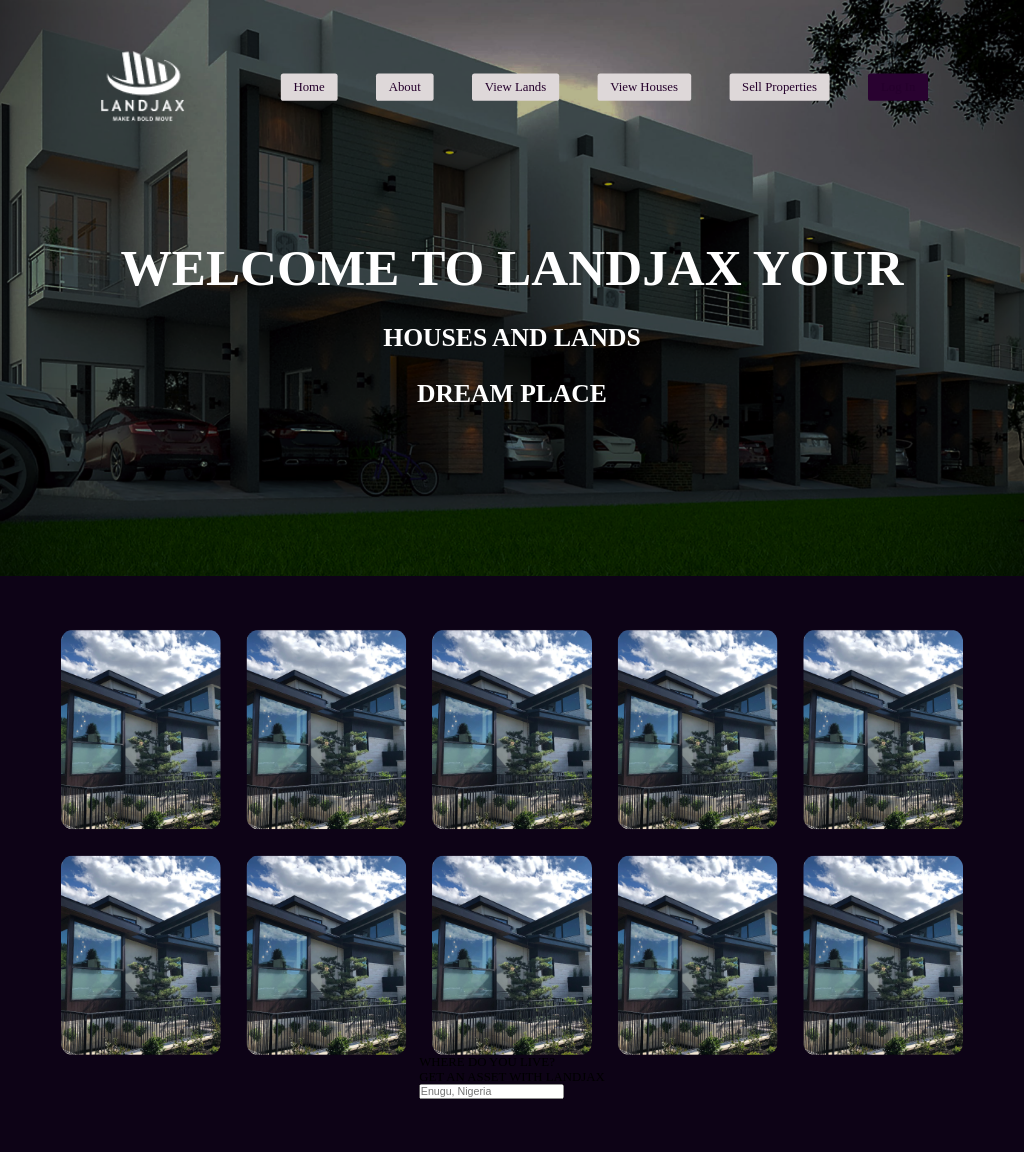
Repository: NorVirae/landjax-frontend
Page: /
An editor plug-in stored every save of this project. The page is shown before and after the next save, followed by the edit.
The browser window is 1280 px wide. The pictures show the whole page, at 80% of full size.
The project was rebuilt for these pictures with package versions that can differ from the ones it lists, and the page was loaded fresh each time. The framework's server and built-in components were replaced by stand-ins that run in the browser. Also part of the build but not shown: next.config.js.

Above is the page before, as saved 2022-07-02 16:11:22.

### pages/_app.tsx
import '../src/styles/Landing.css'
import '../src/styles/Global.css'


import type { AppProps } from 'next/app'

function MyApp({ Component, pageProps }: AppProps) {
  return <Component {...pageProps} />
}

export default MyApp

### pages/index.tsx
import type { NextPage } from 'next'
import Head from 'next/head'
import Image from 'next/image'
import Navbar from '../src/components/Navbar'
import HouseImg from '../src/assets/24.png'

const Home = () => {
  return (
    <div>
      <Head>
        <title>Land Jax</title>
        <meta name="description" content="Generated by create next app" />
        <link rel="icon" href="/favicon.ico" />
      </Head>


      <main>
        <section className='carousel__container'>
          <Navbar />

          <div className='carousel__welcome-screen'>
            <h2 className='carousel__welcome-text'>WELCOME TO LANDJAX YOUR</h2>
            <h3 className='carousel__house-lands'>HOUSES AND LANDS</h3>
            <h4 className='carousel__dream-place'>DREAM PLACE</h4>

          </div>

        </section>

        <section className='house__preview'>

          <div className='house__preview-inner'>
            <Image src={HouseImg} height={"250rem"} objectFit={"cover"} width="200rem" className='house__image-preview'/>
            <Image src={HouseImg} height={"250rem"} objectFit={"cover"} width="200rem" className='house__image-preview'/>
            <Image src={HouseImg} height={"250rem"} objectFit={"cover"} width="200rem" className='house__image-preview'/>
            <Image src={HouseImg} height={"250rem"} objectFit={"cover"} width="200rem" className='house__image-preview'/>
            <Image src={HouseImg} height={"250rem"} objectFit={"cover"} width="200rem" className='house__image-preview'/>
            <Image src={HouseImg} height={"250rem"} objectFit={"cover"} width="200rem" className='house__image-preview'/>
            <Image src={HouseImg} height={"250rem"} objectFit={"cover"} width="200rem" className='house__image-preview'/>
            <Image src={HouseImg} height={"250rem"} objectFit={"cover"} width="200rem" className='house__image-preview'/>
            <Image src={HouseImg} height={"250rem"} objectFit={"cover"} width="200rem" className='house__image-preview'/>
            <Image src={HouseImg} height={"250rem"} objectFit={"cover"} width="200rem" className='house__image-preview'/>

          </div>

          <section>
            <p> WHERE DO YOU LIVE?</p>
            <p> GET AN ASSET WITH <span>LANDJAX</span></p>

            <div>
              <label></label>
              <input placeholder='Enugu, Nigeria' />
            </div>

          </section>

        </section>


      </main>

      <footer>

      </footer>
    </div>
  )
}

export default Home

### src/styles/Landing.css
.carousel__container{
    background-repeat: no-repeat;
    background-image: url('../assets/1.png');
    background-size: cover;
    height: 100vh;
    width: 100vw;
}
.navbar{
    display: flex;
    justify-content: space-around;
    padding: 4rem;
    align-items: center;
}


.navbar .nav {
    display: flex;
    text-decoration: none;
    list-style: none;
    gap: 3rem;
}

.navbar .nav a{

}

.navbar__nav-link{
    /* padding: 3rem 2rem; */
    color: #25012C;
}

.navbar__nav-item{
    background-color: #DED8D9;
    color: #25012C;
    padding: .5rem 1rem;
    border-radius: .2rem;

}

.sign-in{
    background-color: #290230;
    color: #DFDDDF!important;

}

.carousel__welcome-screen{
    padding: 5rem 3rem;
    color: white;
    display: flex;
    justify-content: center;
    align-items: center;
    flex-direction: column;
    gap: 2rem;
}


.carousel__welcome-text{
    font-size: 4rem;
}
.carousel__house-lands{
    font-size: 2rem;
}
.carousel__dream-place{
    font-size: 2rem;
}


.house__preview{
    height: 100vh;
    width: 100vw;
    display: flex;
    justify-content: center;
    align-items: center;
    display: flex;
    flex-direction: column;
    background-color: #0D0316;
    position: relative;

}

.house__preview-inner{
    display: grid;
    gap: 2rem;
    grid-template-columns: repeat(5, 1fr);

}

.house__preview-overlay{
    background-color: #0000007e;
    height: 100vh;
    width: 100vw;
    position: absolute;
    left: 0%;
    top: 0%;
    z-index: 2;
}

.house__image-preview{
    border-radius: 1rem;
}

.house__intro {
    display: flex;
    justify-content: center;
    align-items: center;
    flex-direction: column;
    gap: 2rem;
    position: absolute;
    color: white;
    z-index: 3;
}

.house__live{
    font-size: 3rem;
}

.house__asset{
    font-size: 1.2rem;
}

.house__land-annouce{
    font-weight: 900;
    font-size: 1.3rem;
}

.house__form-group{
    background-color: white;
    border: 1rem;
    padding: 1.5rem;
    border-radius: 3rem;
    display: flex;
    flex-direction: column;
    gap: 1rem;
    width: 100%;
}

.house__form-label{
    color: black;
}

.house__form-control{
    border: none;
}

.house__form-control:focus{
    outline: none;
}

.house__btn-ecom-container{
    display: flex;
    gap: 2rem;
}

.house__btn-buy-prop{
    padding: 1rem 1.5rem;
    border-radius: 1rem;
    color: #470C76;

}

.house__btn-sell-prop{
    padding: 1rem 1.5rem;
    border-radius: 1rem;
    color: #E1E2E2;
    background-color: transparent;
    border: .1rem solid #E1E2E2;

}

.future__container{
    width: 100vw;
    background-color: #0C0215;
    padding: 2rem 3rem;

    display: flex;
    justify-content: center;
    align-items: center;
    flex-direction: column;
    gap: 2rem;
}

.future__header{
    color: white;
    display: flex;
    align-items: center;
    gap: 3rem;
    padding: 3rem 7rem;
}


.future__prop-text{
    font-size: 3rem;

}
.future__btn-prop{
    font-size: 1.2rem;
    padding: 1rem 3rem;
    background-color: #2B0549;
    color: white;
    border: none;
}
.future__houses-card-container{
    display: grid;
    grid-template-columns: repeat(3, 1fr);
    gap: 2rem;
    margin: auto 3rem;
    max-width: 60rem;
}

.future__house-card{
    display: flex;
    flex-direction: column;
    color: white;
    border-top-left-radius: 2rem;
    border-top-right-radius: 2rem;
    height: 100%;
    background-color: #ffff;
    position: relative;

}

.future__card-img{
    border-top-left-radius: 2rem;
    border-top-right-radius: 2rem;

}

.future__card-body{
    display: flex;
    flex-direction: column;
    color: #000;
    gap: 1rem;
    padding: 2rem;
}

.future__card-title{
    font-weight: 900;
    font-size: 1.5rem;
}

.future__card-price{
    font-size: 1.4rem;
    font-weight: 900;
}

.future__card-desc{
    font-size: 1rem;
}

.future__profile-container{
    display: flex;
    align-items: center;
    gap: 1rem;

}
.future__profile-img{
    border-radius: 100%;
}

.future__btn-sale{
    background-color: #5E4D7C;
    color: #EBE9EF;
    padding: .3rem 1rem;
    border-radius: .3rem;
    position: absolute;
    border: none;
    font-size: .9rem;
    right: 5%;
    top: 5%;
    z-index: 2;
}

.explore__market-container{
    display: flex;
    gap: 4rem;
    justify-content: space-around;
    background-image: url(../assets//16.png);
}

### src/styles/Global.css
* {
    padding: 0;
    margin: 0;
    box-sizing: border-box;
}

a {
    text-decoration: none;
}

### src/components/Navbar.tsx
import Link from "next/link";
import React from "react";
import Image from "next/image";
import Logo from "../assets/logo.png"

const Navbar:React.FC = ({}) => {

    return (
        <nav className="navbar">
            <Link href="#">
                <Image className="navbar_brand" src={Logo} width="120rem" objectFit="contain" height="90rem" />
            </Link>
            <ul className="nav">
                <li className="navbar__nav-item">
                    <Link href={"/"}>
                        <a className={"navbar__nav-link"}>
                            Home
                        </a>
                    </Link>
                </li>

                <li className="navbar__nav-item">
                    <Link href={"/"}>
                        <a className={"navbar__nav-link"}>
                            About
                        </a>
                    </Link>
                </li>

                <li className="navbar__nav-item">
                    <Link href={"/view/lands"}>
                        <a className={"navbar__nav-link"}>
                            View Lands
                        </a>
                    </Link>
                </li>

                <li className="navbar__nav-item">
                    <Link href={"/view/houses"}>
                        <a className={"navbar__nav-link"}>
                            View Houses
                        </a>
                    </Link>
                </li>

                <li className="navbar__nav-item">
                    <Link href={"/sell/properties"}>
                        <a className={"navbar__nav-link"}>
                            Sell Properties
                        </a>
                    </Link>
                </li>

                <li className="navbar__nav-item sign-in">
                    <Link href={"/login"}>
                        <a className={"navbar__nav-link"}>
                            Log In
                        </a>
                    </Link>
                </li>
            </ul>
        </nav>
    )

}

export default Navbar;

After the next save:
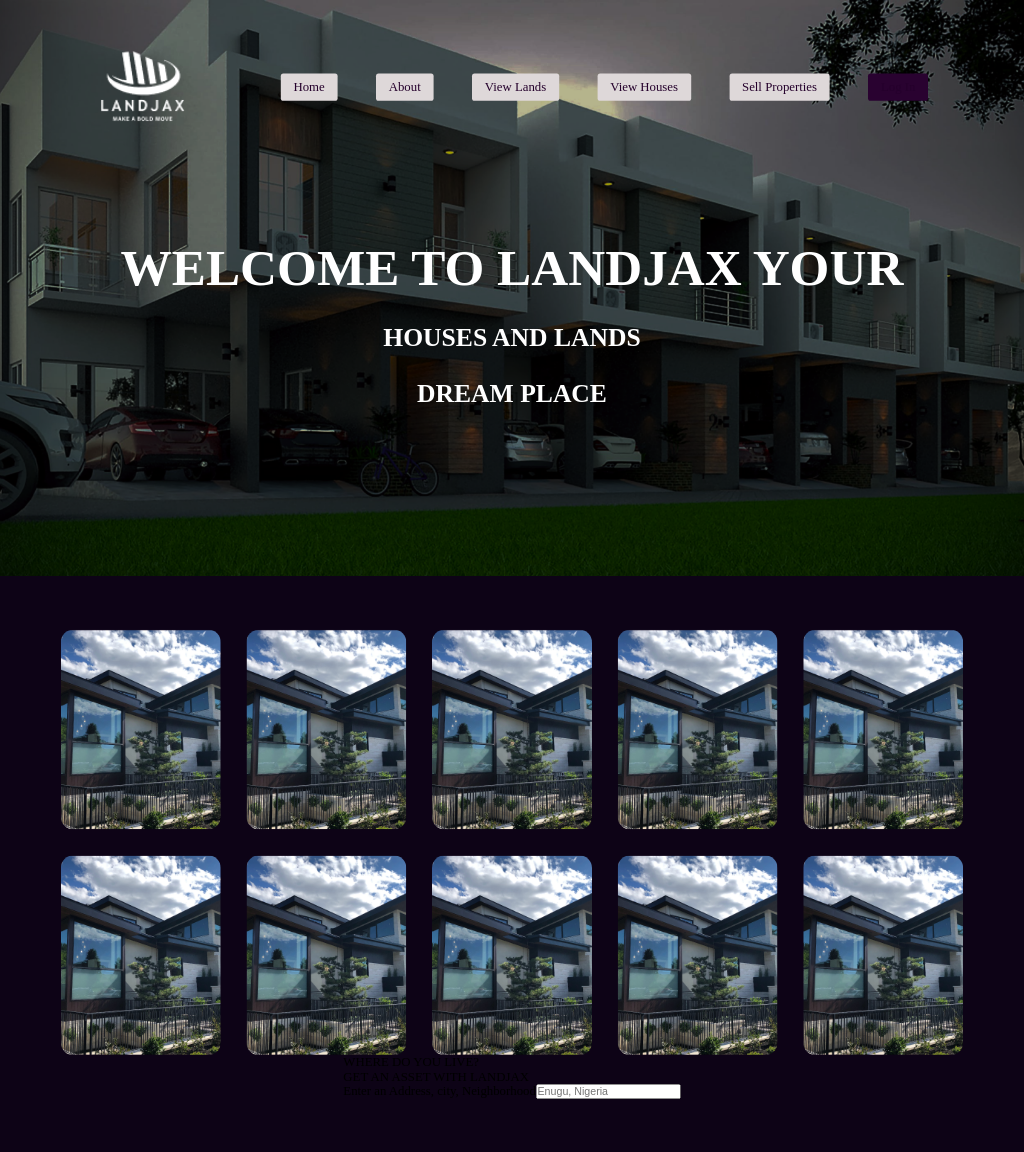
Saved 16 s later.
--- a/pages/index.tsx
+++ b/pages/index.tsx
@@ -48,7 +48,7 @@ const Home = () => {
             <p> GET AN ASSET WITH <span>LANDJAX</span></p>
 
             <div>
-              <label></label>
+              <label>Enter an Address, city, Neighborhood</label>
               <input placeholder='Enugu, Nigeria' />
             </div>
 
